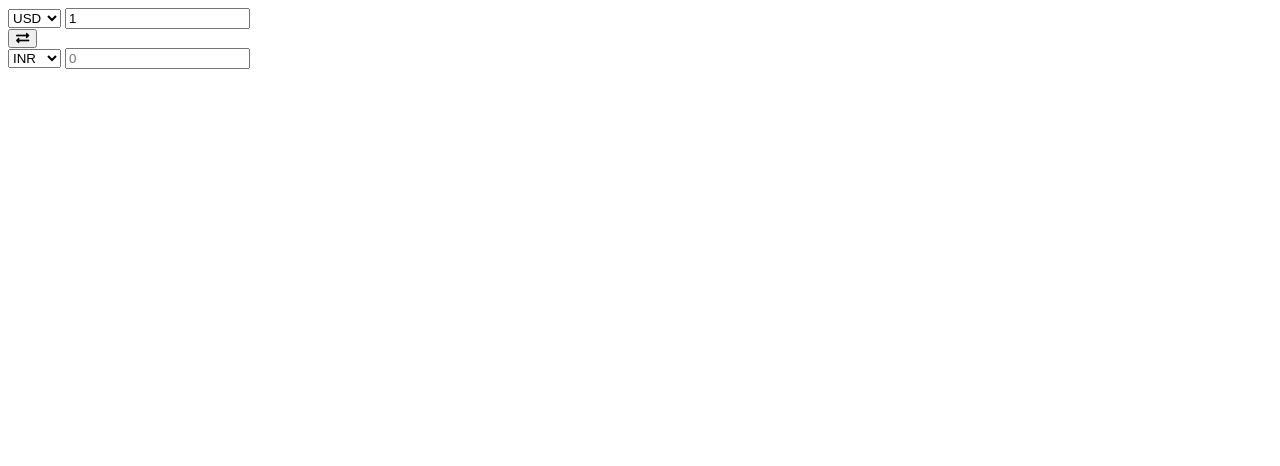
Repository: Sp4ngl3r/Currency-Converter
Page: currency.html
The author's editor kept a copy of each file at every save. The page is drawn from the files as they stood at one save, then again after the next save.
The browser window is 1280 px wide. The pictures show the whole page.
The page's requests for data from a server got no answer. Some web fonts or font styles are not loaded; a fallback is used. Some web libraries are served in a nearby version.

Above is the page before, as saved 2020-04-18 18:03:15.
Not found: style.css

### currency.html
<html lang="en">
  <head>
    <meta charset="UTF-8" />
    <title>JavaScript Currency Converter | Webdevtrick.com</title>
    <link
      rel="stylesheet"
      href="https://cdnjs.cloudflare.com/ajax/libs/font-awesome/5.10.2/css/all.min.css"
    />
    <link rel="stylesheet" href="style.css" />
  </head>
  <body>
    <div class="container">
      <div class="currency">
        <select id="from_currency">
          <option value="AED">AED</option>
          <option value="ARS">ARS</option>
          <option value="AUD">AUD</option>
          <option value="BGN">BGN</option>
          <option value="BRL">BRL</option>
          <option value="BSD">BSD</option>
          <option value="CAD">CAD</option>
          <option value="CHF">CHF</option>
          <option value="CLP">CLP</option>
          <option value="CNY">CNY</option>
          <option value="COP">COP</option>
          <option value="CZK">CZK</option>
          <option value="DKK">DKK</option>
          <option value="DOP">DOP</option>
          <option value="EGP">EGP</option>
          <option value="EUR">EUR</option>
          <option value="FJD">FJD</option>
          <option value="GBP">GBP</option>
          <option value="GTQ">GTQ</option>
          <option value="HKD">HKD</option>
          <option value="HRK">HRK</option>
          <option value="HUF">HUF</option>
          <option value="IDR">IDR</option>
          <option value="ILS">ILS</option>
          <option value="INR">INR</option>
          <option value="ISK">ISK</option>
          <option value="JPY">JPY</option>
          <option value="KRW">KRW</option>
          <option value="KZT">KZT</option>
          <option value="MXN">MXN</option>
          <option value="MYR">MYR</option>
          <option value="NOK">NOK</option>
          <option value="NZD">NZD</option>
          <option value="PAB">PAB</option>
          <option value="PEN">PEN</option>
          <option value="PHP">PHP</option>
          <option value="PKR">PKR</option>
          <option value="PLN">PLN</option>
          <option value="PYG">PYG</option>
          <option value="RON">RON</option>
          <option value="RUB">RUB</option>
          <option value="SAR">SAR</option>
          <option value="SEK">SEK</option>
          <option value="SGD">SGD</option>
          <option value="THB">THB</option>
          <option value="TRY">TRY</option>
          <option value="TWD">TWD</option>
          <option value="UAH">UAH</option>
          <option value="USD" selected>USD</option>
          <option value="UYU">UYU</option>
          <option value="VND">VND</option>
          <option value="ZAR">ZAR</option>
        </select>
        <input type="number" id="from_ammount" placeholder="0" value="1" />
      </div>
      <div class="middle">
        <button id="exchange">
          <i class="fas fa-exchange-alt"></i>
        </button>
        <div class="rate" id="rate"></div>
      </div>
      <div class="currency">
        <select id="to_currency"
          ><option value="AED">AED</option>
          <option value="ARS">ARS</option>
          <option value="AUD">AUD</option>
          <option value="BGN">BGN</option>
          <option value="BRL">BRL</option>
          <option value="BSD">BSD</option>
          <option value="CAD">CAD</option>
          <option value="CHF">CHF</option>
          <option value="CLP">CLP</option>
          <option value="CNY">CNY</option>
          <option value="COP">COP</option>
          <option value="CZK">CZK</option>
          <option value="DKK">DKK</option>
          <option value="DOP">DOP</option>
          <option value="EGP">EGP</option>
          <option value="EUR">EUR</option>
          <option value="FJD">FJD</option>
          <option value="GBP">GBP</option>
          <option value="GTQ">GTQ</option>
          <option value="HKD">HKD</option>
          <option value="HRK">HRK</option>
          <option value="HUF">HUF</option>
          <option value="IDR">IDR</option>
          <option value="ILS">ILS</option>
          <option value="INR" selected>INR</option>
          <option value="ISK">ISK</option>
          <option value="JPY">JPY</option>
          <option value="KRW">KRW</option>
          <option value="KZT">KZT</option>
          <option value="MXN">MXN</option>
          <option value="MYR">MYR</option>
          <option value="NOK">NOK</option>
          <option value="NZD">NZD</option>
          <option value="PAB">PAB</option>
          <option value="PEN">PEN</option>
          <option value="PHP">PHP</option>
          <option value="PKR">PKR</option>
          <option value="PLN">PLN</option>
          <option value="PYG">PYG</option>
          <option value="RON">RON</option>
          <option value="RUB">RUB</option>
          <option value="SAR">SAR</option>
          <option value="SEK">SEK</option>
          <option value="SGD">SGD</option>
          <option value="THB">THB</option>
          <option value="TRY">TRY</option>
          <option value="TWD">TWD</option>
          <option value="UAH">UAH</option>
          <option value="USD">USD</option>
          <option value="UYU">UYU</option>
          <option value="VND">VND</option>
          <option value="ZAR">ZAR</option>
        </select>
        <input type="number" id="to_ammount" placeholder="0" />
      </div>
    </div>
    <script src="currency.js"></script>
  </body>
</html>

### currency.js
const from_currencyEl = document.getElementById("from_currency");
const from_ammountEl = document.getElementById("from_ammount");
const to_currencyEl = document.getElementById("to_currency");
const to_ammountEl = document.getElementById("to_ammount");
const rateEl = document.getElementById("rate");
const exchange = document.getElementById("exchange");

from_currencyEl.addEventListener("change", calculate);
from_ammountEl.addEventListener("input", calculate);
to_currencyEl.addEventListener("change", calculate);
to_ammountEl.addEventListener("input", calculate);

exchange.addEventListener("click", () => {
  const temp = from_currencyEl.value;
  from_currencyEl.value = to_currencyEl.value;
  to_currencyEl.value = temp;
  calculate();
});

function calculate() {
  const from_currency = from_currencyEl.value;
  const to_currency = to_currencyEl.value;

  fetch(`https://api.exchangerate-api.com/v4/latest/${from_currency}`)
    .then((res) => res.json())
    .then((res) => {
      const rate = res.rates[to_currency];
      rateEl.innerText = `1 ${from_currency} = ${rate} ${to_currency}`;
      to_ammountEl.value = (from_ammountEl.value * rate).toFixed(2);
    });
}

calculate();

### currency.css
@import url("https://fonts.googleapis.com/css?family=Muli&display=swap");
* {
  box-sizing: border-box;
}
body {
  background: linear-gradient(
    to bottom,
    #aff2ff 0%,
    #aff2ff 50%,
    #50dcff 50%,
    #50dcff 100%
  );
  font-family: "Muli", sans-serif;
  display: flex;
  flex-direction: column;
  justify-content: center;
  align-items: center;
  height: 100vh;
  margin: 0;
}
.currency {
  display: flex;
  align-items: center;
  justify-content: space-between;
}
.currency select {
  background: transparent;
  background-image: url("data:[embedded picture, 475 characters]");
  background-repeat: no-repeat, repeat;
  background-position: right 0.2em top 50%, 0 0;
  background-size: 0.5em auto, 100%;
  border: 0;
  padding-right: 20px;
  font-size: 22px;
  -moz-appearance: none;
  -webkit-appearance: none;
  appearance: none;
}
.currency input {
  border: 0;
  background: transparent;
  font-size: 22px;
  text-align: right;
}
.middle {
  color: #f59300;
  display: flex;
  align-items: center;
  justify-content: space-between;
}
.middle button {
  background-color: #fff;
  border: 2px solid #ecf0f1;
  border-radius: 50%;
  cursor: pointer;
  color: #f59300;
  font-size: 18px;
  display: flex;
  align-items: center;
  justify-content: center;
  height: 30px;
  width: 30px;
  transform: rotate(90deg);
}
.middle button:active {
  transform: rotate(90deg) scale(0.9);
}
.middle .rate {
  background-color: #fff;
  border: 2px solid #ecf0f1;
  border-radius: 50px;
  font-size: 18px;
  display: flex;
  align-items: center;
  justify-content: center;
  height: 30px;
  padding: 0 10px;
  margin: 30px 15px 30px 25px;
}
select:focus,
input:focus,
button:focus {
  outline: 0;
}

After the next save:
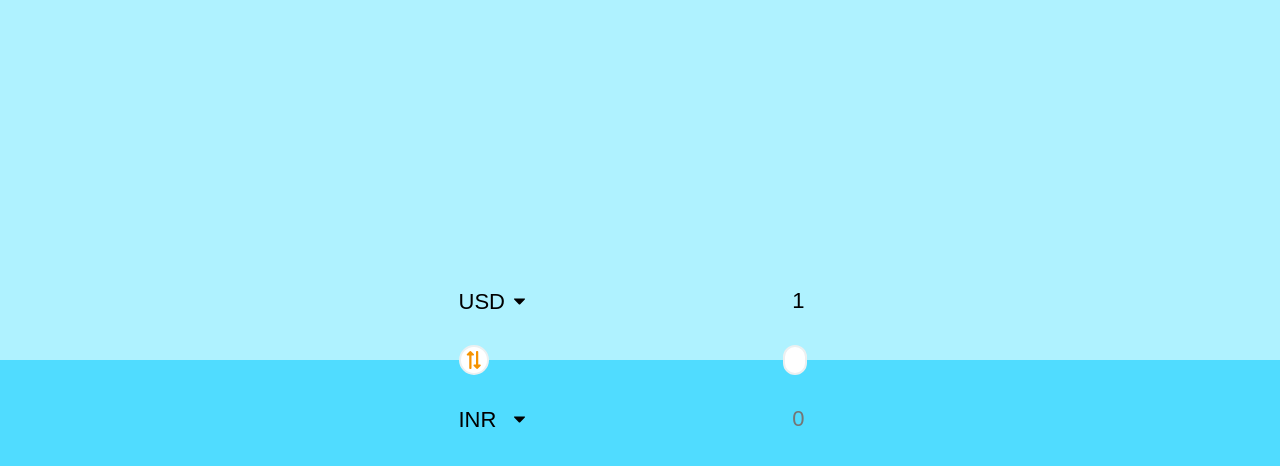
Saved 46 s later.
--- a/currency.html
+++ b/currency.html
@@ -6,7 +6,7 @@
       rel="stylesheet"
       href="https://cdnjs.cloudflare.com/ajax/libs/font-awesome/5.10.2/css/all.min.css"
     />
-    <link rel="stylesheet" href="style.css" />
+    <link rel="stylesheet" href="currency.css" />
   </head>
   <body>
     <div class="container">
